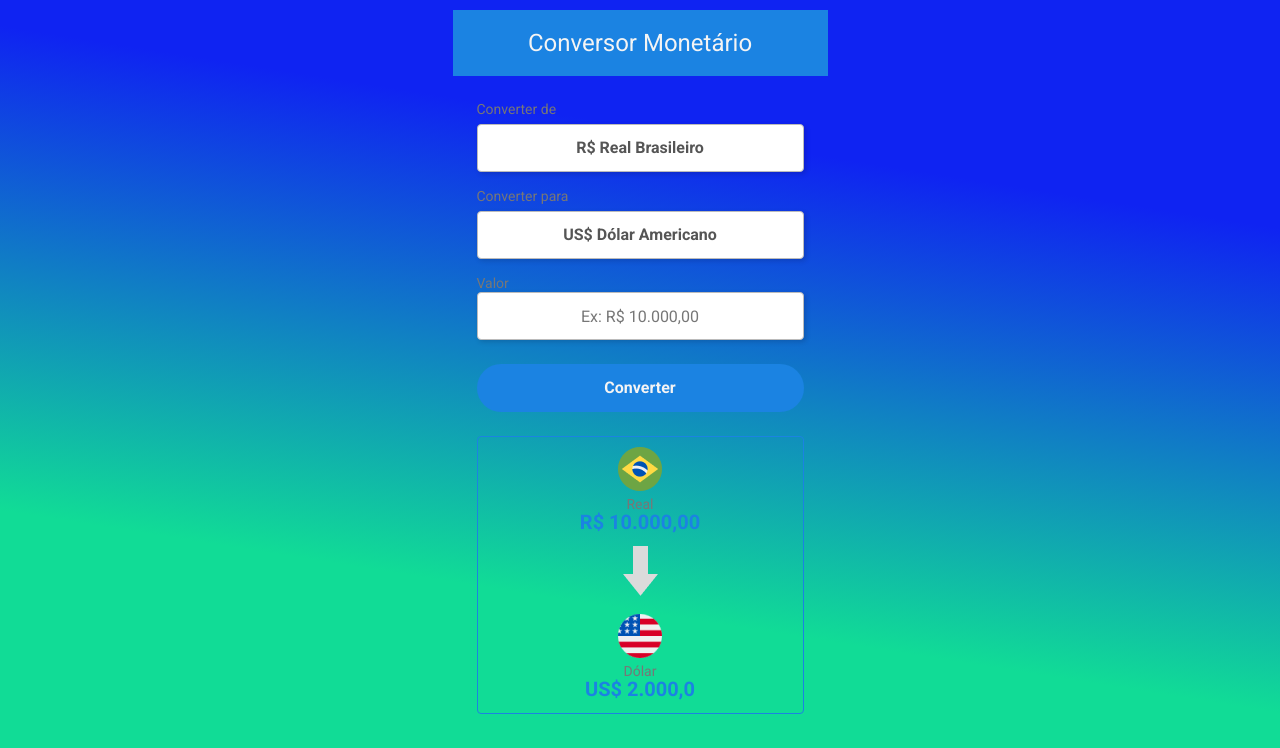
Repository: isayrous/coin-converter
Page: index.html
The author's editor kept a copy of each file at every save. The page is drawn from the files as they stood at one save, then again after the next save.
The browser window is 1280 px wide. The pictures show the whole page.

Above is the page before, as saved 2022-11-02 23:51:01.

### index.html
<!DOCTYPE html>
<html lang="pt-br">
<head>
    <meta charset="UTF-8">
    <meta http-equiv="X-UA-Compatible" content="IE=edge">
    <meta name="viewport" content="width=device-width, initial-scale=1.0">
    <link rel='stylesheet' href="./style.css">
    <link rel="preconnect" href="https://fonts.googleapis.com">
    <link rel="preconnect" href="https://fonts.gstatic.com" crossorigin>
    <link href="https://fonts.googleapis.com/css2?family=Roboto:wght@400;700&display=swap" rel="stylesheet">
    <title>Conversor Monetário</title>
</head>
<body>
    <div class="container">

        <header>
            <h1>Conversor Monetário</h1>
        </header>

        <main>
            <label>
                Converter <strong>de</strong>
                <select id="first-select">
                    <option>R$ Real Brasileiro</option>
                    <option>US$ Dólar Americano</option>
                    <option>Bitcoin</option>
                    <option>€ Euro</option>
                </select>
            </label>

            <label>
                Converter <strong>para</strong>
                <select id="seccond-select">
                    <option>US$ Dólar Americano</option>
                    <option>Bitcoin</option>
                    <option>€ Euro</option>
                    <option>R$ Real Brasileiro</option>
                </select>
            </label>

            <label>
                <b>Valor</b>
                <input id='values' placeholder="Ex: R$ 10.000,00">
            </label>

            <button id="button-converter" >Converter</button>

            <section>
                <div>
                    <img id="currency-img1" src="./assets/BRL.png">
                    <p id="first-currency">Real</p>
                    <p id="return-input1" class="value">R$ 10.000,00</p>
                </div>

                <img src="./assets/Vector.png"><br>

                <div>
                    <img id="currency-img2" src="./assets/USA.png">
                    <p id ="seccond-currency">Dólar</p>
                    <p id="return-input2" class="value">US$ 2.000,0</p>
                </div>

            </section>

        </main>

    </div>

</body>
<script src='./scripts.js'></script>
</html>

### style.css
* {
    padding: 0;
    margin: 0;
    box-sizing: border-box;
    font-family: 'Roboto', sans-serif;
    font-style: normal;
    font-weight: normal;
    line-height: 18px;
}

body{
    background: linear-gradient(189deg, rgba(15,35,242,1) 24%, rgba(17,220,150,1) 75%);
    width: 100%;
    height: 100%;
    display: flex;
    justify-content: center;
    padding: 10px;
}

.container {
    height: 100%;
    width: 375px;
    background: transparent;
}

header {
    background-color: #1b83e2;
    height: 66px;
    display: flex;
    justify-content: center;
    align-items: center;
}

h1 {
    font-size: 24px;
    color:#F4F4F4;
}

main {
    padding: 24px;
}

label{
    font-weight: 400;
    font-size: 14px;
    color: #777777;
    width: 375px;
}

select{
    width: 327px;
    height: 48px;
    background: #FFFFFF;
    border: 1px solid #BBBBBB;
    border-radius: 4px;
    font-weight: 700;
    font-size: 16px;
    color: #555555;
    text-align: center;
    display: block;
    cursor: pointer;
    outline: none;
    appearance: none;
    box-shadow: 2px 2px 5px 0px #00000026;
    margin-bottom: 15px;
    margin-top: 6px;
}

input{
    width: 327px;
    height: 48px;
    background: #FFFFFF;
    border: 1px solid #BBBBBB;
    border-radius: 4px;
    font-weight: 700;
    font-size: 16px;
    color: #555555;
    text-align: center;
    box-shadow: 2px 2px 5px 0px #00000026;
    outline: none;

}

button {
    background: #1B83E2;
    border-radius: 25px;
    height: 48px;
    width: 327px;
    font-weight: 700;
    font-size: 16px;
    color: #F4F4F4;
    margin: 24px 0px 24px;
    border: none;
    cursor: pointer;
}

button:hover {
    opacity: 0.8;
}

button:active {
    opacity: 0.7;
}

section{
    border: 1px solid #1B83E2;
    border-radius: 4px;
    padding-top: 10px;
    display: flex;
    flex-direction: column;
    align-items: center;
    text-align: center;
}

p {
    font-weight: 400;
    font-size: 14px;
    color: #777777;
}

.value {
    color: #1B83E2;
    font-weight: 700;
    font-size: 20px;
    margin-bottom: 15px;
}

input::placeholder{color: #777777;
    font-weight: 100;}


@media screen and (max-width: 900px){
    .container {
        height: 100%;
        width: 100%;
    }

    header {
        height: 50px;
    }

    h1 {
        font-size: 20px;
    }

    main {
        padding: 4%;
    }

    label{
        font-size: 0.8rem;
    }

    select{
        font-size: 1rem;
        color: #555555;
        margin-bottom: 10px;
    }

    input{
        font-size: 1rem;
    }

    button {
        font-size: 1rem;
    }

    p {
        font-weight: 700;
        font-size: 0.8rem;
        color: #777777;
    }

    .value {
        font-size: 1rem;
    }
}

### scripts.js
const convert = document.getElementById("button-converter")
const select2 = document.getElementById("seccond-select")
const select1 = document.getElementById("first-select")
/* REAL, DOLAR, BITCOIN , EURO */
const real = [5.16, 5.08]
const dolar = [0.19 , 0.98]
const euro = [0.20 , 1.02]
const bitcoin = [98137.74 , 19010.10 , 19269.79]


const convertvalue = () => {
    const input = document.getElementById("values").value
    const returninput1 = document.getElementById("return-input1")
    const returninput2 = document.getElementById("return-input2")
    /* RETURNS DO INPUT 1 */

    if (select1.value === 'R$ Real Brasileiro') {
        returninput1.innerHTML = new Intl.NumberFormat('pt-BR', {
            style: 'currency', currency: 'BRL'
        }).format(input)

        if (select2.value === 'US$ Dólar Americano') {
            returninput2.innerHTML = new Intl.NumberFormat('en-US', {
                style: 'currency', currency: 'USD'
            }).format(input * dolar[0])
        }
        else if (select2.value === '€ Euro') {
            returninput2.innerHTML = new Intl.NumberFormat('de-DE', {
                style: 'currency', currency: 'EUR'
            }).format(input * euro[0])
        }
        else if (select2.value === 'Bitcoin'){
            returninput2.innerHTML = (input / bitcoin[0]).toFixed(2)
        }
        else if (select2.value === 'R$ Real Brasileiro') {
            returninput2.innerHTML = new Intl.NumberFormat('pt-BR', {
                style: 'currency', currency: 'BRL'
            }).format(input)
        }
    }


    else if (select1.value === 'US$ Dólar Americano') {
        returninput1.innerHTML = new Intl.NumberFormat('en-US', {
            style: 'currency', currency: 'USD'
        }).format(input)

        if (select2.value === 'US$ Dólar Americano') {
            returninput2.innerHTML = new Intl.NumberFormat('en-US', {
                style: 'currency', currency: 'USD'
            }).format(input)
        }
        else if (select2.value === '€ Euro') {
            returninput2.innerHTML = new Intl.NumberFormat('de-DE', {
                style: 'currency', currency: 'EUR'
            }).format(input * euro[1])
        }
        else if (select2.value === 'Bitcoin'){
            returninput2.innerHTML = (input / bitcoin[1]).toFixed(2)
        }
        else if (select2.value === 'R$ Real Brasileiro') {
            returninput2.innerHTML = new Intl.NumberFormat('pt-BR', {
                style: 'currency', currency: 'BRL'
            }).format(input * real[0])
        }

    }

    else if (select1.value === '€ Euro') {
        returninput1.innerHTML = new Intl.NumberFormat('de-DE', {
            style: 'currency', currency: 'EUR'
        }).format(input)

        if (select2.value === 'US$ Dólar Americano') {
            returninput2.innerHTML = new Intl.NumberFormat('en-US', {
                style: 'currency', currency: 'USD'
            }).format(input * dolar[1])
        }
        else if (select2.value === '€ Euro') {
            returninput2.innerHTML = new Intl.NumberFormat('de-DE', {
                style: 'currency', currency: 'EUR'
            }).format(input)
        }
        else if (select2.value === 'Bitcoin'){
            returninput2.innerHTML = (input / bitcoin[1]).toFixed(2)
        }
        else if (select2.value === 'R$ Real Brasileiro') {
            returninput2.innerHTML = new Intl.NumberFormat('pt-BR', {
                style: 'currency', currency: 'BRL'
            }).format(input * real[1])
        }
    }

    else if (select1.value === 'Bitcoin') {
        returninput1.innerHTML = (input)

        if (select2.value === 'US$ Dólar Americano') {
            returninput2.innerHTML = new Intl.NumberFormat('en-US', {
                style: 'currency', currency: 'USD'
            }).format(input * bitcoin[1])
        }
        else if (select2.value === '€ Euro') {
            returninput2.innerHTML = new Intl.NumberFormat('de-DE', {
                style: 'currency', currency: 'EUR'
            }).format(input * bitcoin[2])
        }
        else if (select2.value === 'Bitcoin'){
            returninput2.innerHTML = (input)
        }
        else if (select2.value === 'R$ Real Brasileiro') {
            returninput2.innerHTML = new Intl.NumberFormat('pt-BR', {
                style: 'currency', currency: 'BRL'
            }).format(input * bitcoin[0])
        }


    }

}

const change2 = () => {
    const currencyName2 = document.getElementById("seccond-currency")
    const currencyImg2 = document.getElementById("currency-img2")

    if (select2.value === '€ Euro') {
        currencyName2.innerHTML = '€ Euro'
        currencyImg2.src = "./assets/EURO.png"
    } else if (select2.value === 'Bitcoin') {
        currencyName2.innerHTML = 'Bitcoin'
        currencyImg2.src = "./assets/BITCOIN.png"
    } else if (select2.value === 'US$ Dólar Americano') {
        currencyName2.innerHTML = 'Dólar'
        currencyImg2.src = "./assets/USA.png"
    } else if (select2.value === 'R$ Real Brasileiro') {
        currencyName2.innerHTML = 'Real'
        currencyImg2.src = "./assets/BRL.png"
    }

    convertvalue()
}

const change1 = () => {
    const currencyName1 = document.getElementById("first-currency")
    const currencyImg1 = document.getElementById("currency-img1")

    if (select1.value === '€ Euro') {
        currencyName1.innerHTML = '€ Euro'
        currencyImg1.src = "./assets/EURO.png"
    } else if (select1.value === 'Bitcoin') {
        currencyName1.innerHTML = 'Bitcoin'
        currencyImg1.src = "./assets/BITCOIN.png"
    } else if (select1.value === 'US$ Dólar Americano') {
        currencyName1.innerHTML = 'Dólar'
        currencyImg1.src = "./assets/USA.png"
    } else if (select1.value === 'R$ Real Brasileiro') {
        currencyName1.innerHTML = 'Real'
        currencyImg1.src = "./assets/BRL.png"
    }
    convertvalue()

}

convert.addEventListener('click', convertvalue)
select1.addEventListener('change', change1)
select2.addEventListener('change', change2)

After the next save:
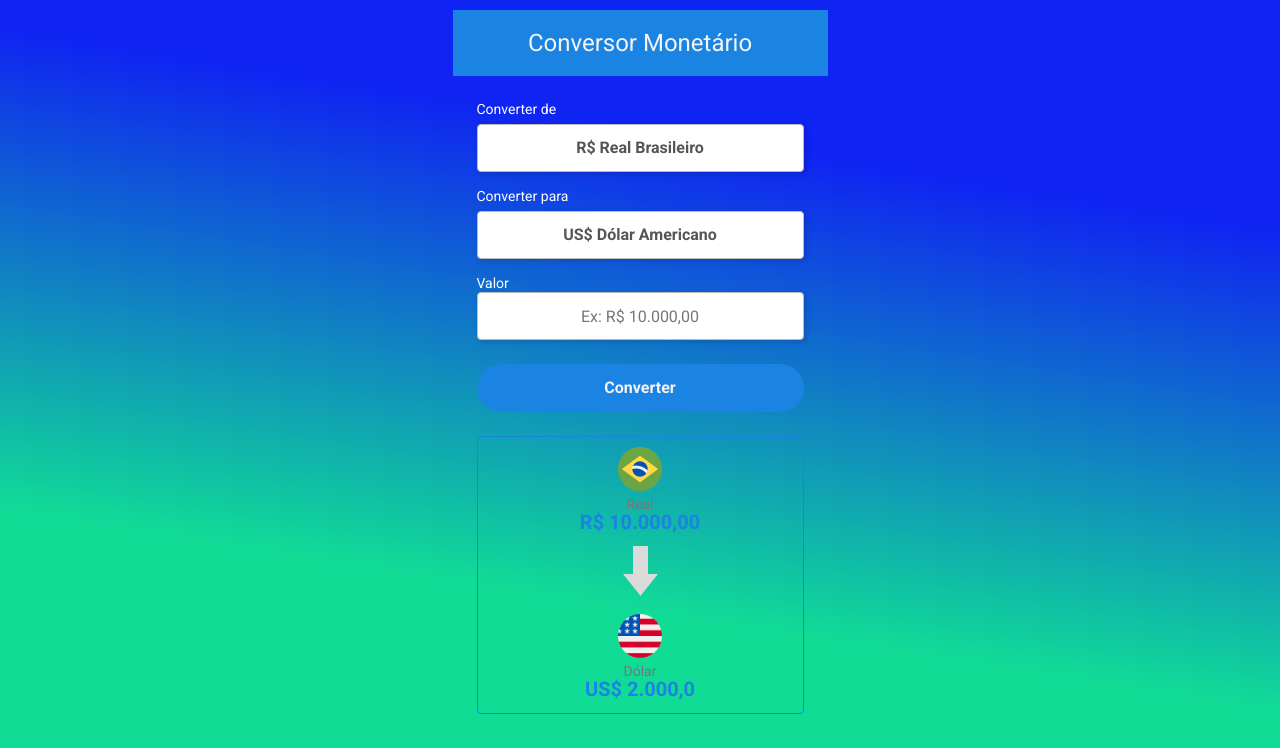
Saved 24 s later.
--- a/style.css
+++ b/style.css
@@ -43,7 +43,7 @@ main {
 label{
     font-weight: 400;
     font-size: 14px;
-    color: #777777;
+    color: #fff;
     width: 375px;
 }
 
